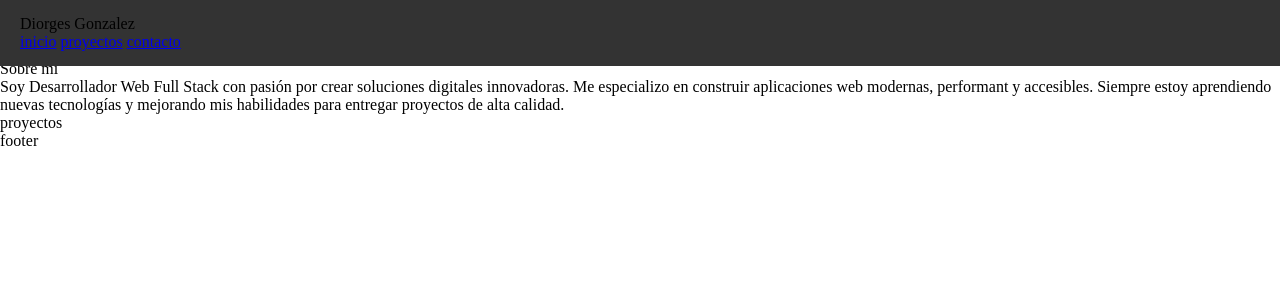
Repository: DenLion09/DenLion09.dots
Page: javascipt_withow_filter/basic/ejercisios/portfolio2/index.html
An editor plug-in stored every save of this project. The page is shown before and after the next save, followed by the edit.
The browser window is 1280 px wide. The pictures show the whole page.

Above is the page before, as saved 2026-05-17 23:13:17.

### javascipt_withow_filter/basic/ejercisios/portfolio2/index.html
<!doctype html>
<html lang="es">
  <head>
    <meta charset="UTF-8" />
    <meta name="viewport" content="width=device-width, initial-scale=1.0" />
    <link rel="stylesheet" href="style.css" />
    <title>Document</title>
  </head>
  <body>
    <header>
      <p>Diorges Gonzalez</p>
      <button class="menu-toggle">☰</button>
      <nav class="nav-links">
        <a href="#inicio">inicio</a> <a href="#proyectos">proyectos</a>
        <a href="#contacto">contacto</a>
      </nav>
    </header>
    <section id="sobre-mi">
      <p>Sobre mí</p>
      <p>
        Soy Desarrollador Web Full Stack con pasión por crear soluciones
        digitales innovadoras. Me especializo en construir aplicaciones web
        modernas, performant y accesibles. Siempre estoy aprendiendo nuevas
        tecnologías y mejorando mis habilidades para entregar proyectos de alta
        calidad.
      </p>
    </section>
    <section id="proyectos">
      <p>proyectos</p>
    </section>
    <footer>
      <p>footer</p>
    </footer>
  </body>
</html>

### javascipt_withow_filter/basic/ejercisios/portfolio2/style.css
* {
  margin: 0%;
  padding: 0%;
  box-sizing: border-box;
}

body {
  padding-top: 60px;
}

header {
  position: fixed;
  top: 0;
  width: 100%;
  background: #333;
  padding: 15px 20px;
}

nav {
  color: white;
  text-decoration: none;
  margin-right: 20px;
}

nav:hover {
  color: #f39c12;
}

.menu-toggle {
  display: none;
  background: none;
  border: none;
  color: white;
  font-size: 24px;
  cursor: pointer;
}

@media (max-whidth: 769px) {
  .menu-toggle {
    display: block;
  }
}

After the next save:
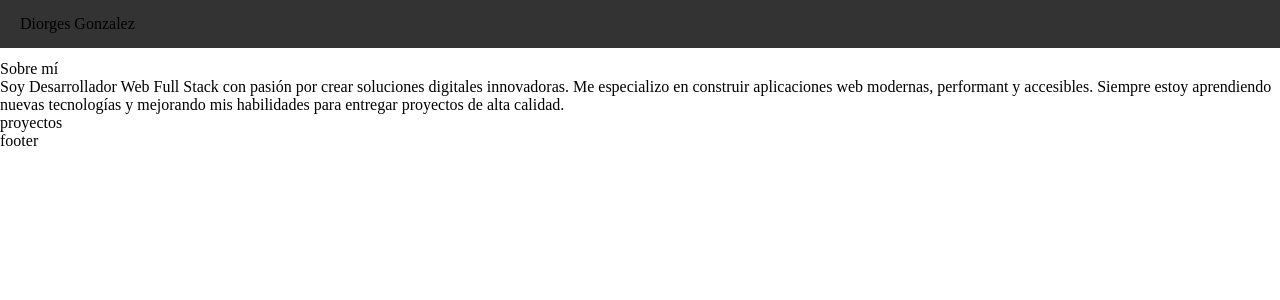
Saved 55 s later.
--- a/javascipt_withow_filter/basic/ejercisios/portfolio2/style.css
+++ b/javascipt_withow_filter/basic/ejercisios/portfolio2/style.css
@@ -40,3 +40,9 @@ nav:hover {
     display: block;
   }
 }
+
+.nav-links {
+  display: none;
+  flex-direction: column;
+  background: #333;
+}
